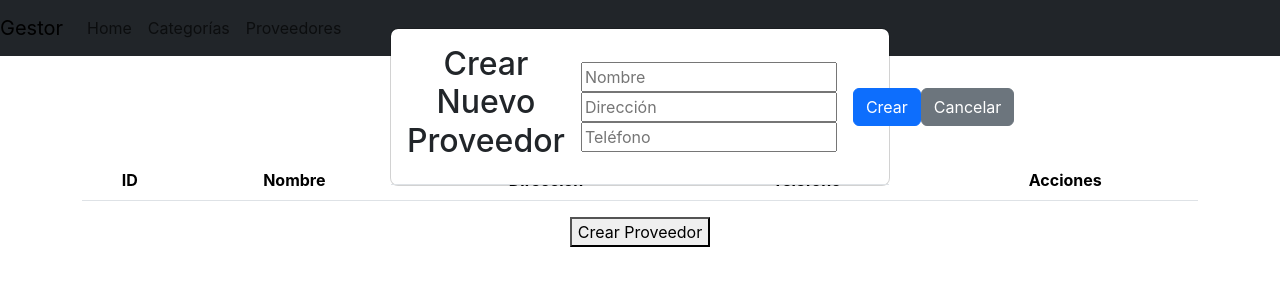
Repository: SantiagoGuaman/gestor-app
Page: /providers, after clicking the first element matching `button`
The author's editor kept a copy of each file at every save. The page is drawn from the files as they stood at one save, then again after a run of saves.
The browser window is 1280 px wide. The pictures show the whole page.
The page's requests for data from a server got no answer. The project was rebuilt for these pictures with package versions that can differ from the ones it lists, and the page was loaded fresh each time. No one was signed in, and anything a server would have sent is missing. Also part of the build but not shown: src/App.css, src/Categories/GetDataCategories.js, src/HomePage/HomePage.js.

Above is the page before, as saved 2024-02-14 11:34:40.

### public/index.html
<!DOCTYPE html>
<html lang="en">
  <head>
    <meta charset="utf-8" />
    <link rel="icon" href="%PUBLIC_URL%/favicon.ico" />
    <meta name="viewport" content="width=device-width, initial-scale=1" />
    <meta name="theme-color" content="#000000" />
    <meta
      name="description"
      content="Web site created using create-react-app"
    />
    <link rel="apple-touch-icon" href="%PUBLIC_URL%/logo192.png" />
    <!--
      manifest.json provides metadata used when your web app is installed on a
      user's mobile device or desktop. See https://developers.google.com/web/fundamentals/web-app-manifest/
    -->
    <link href="https://cdn.jsdelivr.net/npm/bootstrap@5.3.2/dist/css/bootstrap.min.css" rel="stylesheet" integrity="sha384-T3c6CoIi6uLrA9TneNEoa7RxnatzjcDSCmG1MXxSR1GAsXEV/Dwwykc2MPK8M2HN" crossorigin="anonymous">
    <link rel="manifest" href="%PUBLIC_URL%/manifest.json" />
    <!--
      Notice the use of %PUBLIC_URL% in the tags above.
      It will be replaced with the URL of the `public` folder during the build.
      Only files inside the `public` folder can be referenced from the HTML.

      Unlike "/favicon.ico" or "favicon.ico", "%PUBLIC_URL%/favicon.ico" will
      work correctly both with client-side routing and a non-root public URL.
      Learn how to configure a non-root public URL by running `npm run build`.
    -->
    <title>Gestor APP</title>
  </head>
  <body>
    <noscript>You need to enable JavaScript to run this app.</noscript>
    <div id="root"></div>
    <!--
      This HTML file is a template.
      If you open it directly in the browser, you will see an empty page.

      You can add webfonts, meta tags, or analytics to this file.
      The build step will place the bundled scripts into the <body> tag.

      To begin the development, run `npm start` or `yarn start`.
      To create a production bundle, use `npm run build` or `yarn build`.
    -->
  </body>
  <script src="https://cdn.jsdelivr.net/npm/bootstrap@5.3.2/dist/js/bootstrap.bundle.min.js" integrity="sha384-C6RzsynM9kWDrMNeT87bh95OGNyZPhcTNXj1NW7RuBCsyN/o0jlpcV8Qyq46cDfL" crossorigin="anonymous"></script>
</html>

### src/App.js
import { BrowserRouter, Route, Routes } from 'react-router-dom';
import './App.css';
import GetDataCategories from './Categories/GetDataCategories';
import NavBar from './NavBar/NavBar';
import GetDataProviders from './Proveedores/GetDataProviders';
import HomePage from './HomePage/HomePage';

function App() {
  return (
    <div>
      <BrowserRouter>
        <NavBar />
        <Routes>
          <Route exact path='/' element={<HomePage />} />
          <Route exact path='/categories' element={<GetDataCategories />} />
          <Route exact path='/providers' element={<GetDataProviders />} />
        </Routes>
      </BrowserRouter>
    </div>
  );
}

export default App;

### src/NavBar/NavBar.js
import React from 'react'
import { Link } from 'react-router-dom'

function NavBar() {
    return (
        <nav className="navbar navbar-expand-lg navbar-light bg-dark lg">
            <Link className="navbar-brand" to="/">Gestor</Link>
            <button className="navbar-toggler" type="button" data-toggle="collapse" data-target="#navbarNav" aria-controls="navbarNav" aria-expanded="false" aria-label="Toggle navigation">
                <span className="navbar-toggler-icon"></span>
            </button>
            <div className="collapse navbar-collapse" id="navbarNav">
                <ul className="navbar-nav">
                    <li className="nav-item active">
                        <Link className="nav-link" to="/">Home</Link>
                    </li>
                    <li className="nav-item">
                        <Link className="nav-link" to="/categories">Categorías</Link>
                    </li>
                    <li className="nav-item">
                        <Link className="nav-link" to="/providers">Proveedores</Link>
                    </li>
                </ul>
            </div>
        </nav>
    )
}

export default NavBar

### src/Proveedores/GetDataProviders.js
import React, { useEffect, useState } from 'react'

function GetDataProviders() {

    const endPoint = 'http://localhost:8080/api/proveedores';

    const [proveedores, setProveedores] = useState([]);
    const [newProveedor, setNewProveedor] = useState({
        nombre: '',
        direccion: '',
        telefono: ''
    });
    const [editProveedor, setEditProveedor] = useState({
        nombre: '',
        direccion: '',
        telefono: ''
    });
    const [isCreateModalOpen, setCreateModalOpen] = useState(false);

    const fetchData = async () => {
        try {
            const response = await fetch(endPoint);
            if (response.ok) {
                const data = await response.json();
                setProveedores(data);
            }
        } catch (error) {
            console.error("Error fetching data:", error);
        }
    };

    const handleCreate = async () => {
        try {
            const response = await fetch(endPoint, {
                method: 'POST',
                headers: {
                    'Content-Type': 'application/json',
                },
                body: JSON.stringify(newProveedor),
            });

            if (response.ok) {
                console.log('Proveedor creado exitosamente');
                fetchData();
                setNewProveedor({
                    nombre: '',
                    direccion: '',
                    telefono: ''
                });
                setCreateModalOpen(false);
            } else {
                console.error('Error al crear el Proveedor');
            }
        } catch (error) {
            console.error('Error al procesar la solicitud de creación:', error);
        }
    };

    const handleEdit = (proveedor) => {
        setEditProveedor(proveedor);
    };

    const handleUpdate = async () => {
        try {
            const response = await fetch(`${endPoint}/${editProveedor.id}`, {
                method: 'PUT',
                headers: {
                    'Content-Type': 'application/json',
                },
                body: JSON.stringify(editProveedor),
            });

            if (response.ok) {
                console.log('Proveedor actualizado exitosamente');
                fetchData();
                setEditProveedor({
                    id: null,
                    nombre: '',
                    direccion: '',
                    telefono: ''
                });
            } else {
                console.error('Error al actualizar el Proveedor');
            }
        } catch (error) {
            console.error('Error al procesar la solicitud de actualización:', error);
        }
    };

    const handleDelete = async (id) => {
        try {
            const response = await fetch(`${endPoint}/${id}`, {
                method: 'DELETE',
            });

            if (response.ok) {
                console.log('Proveedor eliminado exitosamente');
                fetchData();
            } else {
                console.error('Error al eliminar al Proveedor');
            }
        } catch (error) {
            console.error('Error al procesar la solicitud de eliminación:', error);
        }
    }


    useEffect(() => {
        fetchData();
    }, []);

    return (
        <div className='container text-center mt-5'>
            <h1>Lista de Proveedores</h1>
            <table className="table table-hover">
                <thead>
                    <tr>
                        <th>ID</th>
                        <th>Nombre</th>
                        <th>Dirección</th>
                        <th>Teléfono</th>
                        <th>Acciones</th>
                    </tr>
                </thead>
                <tbody>
                    {proveedores.map((proveedor) => (
                        <tr key={proveedor.id_proveedor}>
                            <td>{proveedor.id_proveedor}</td>
                            <td>{proveedor.nombre}</td>
                            <td>{proveedor.direccion}</td>
                            <td>{proveedor.telefono}</td>
                            <td>
                                <button className='btn btn-secondary' onClick={() => handleEdit(proveedor)}>Editar</button>
                                <button className='btn btn-danger' onClick={() => handleDelete(proveedor.id_proveedor)}>Eliminar</button>
                            </td>
                        </tr>
                    ))}
                </tbody>
            </table>
            <button onClick={() => setCreateModalOpen(true)}>Crear Proveedor</button>
            {isCreateModalOpen && (
                <div className="modal" tabIndex="-1" role="dialog" style={{ display: 'block' }}>
                    <div className="modal-dialog" role="document">
                        <div className="modal-content">
                            <div className="modal-header">
                                <h2>Crear Nuevo Proveedor</h2>
                                <div className="modal-body">
                                <input className='form-group'
                                    type="text"
                                    placeholder="Nombre"
                                    value={newProveedor.nombre}
                                    onChange={(e) => setNewProveedor({ ...newProveedor, nombre: e.target.value })}
                                />
                                <input
                                    type="text"
                                    placeholder="Dirección"
                                    value={newProveedor.direccion}
                                    onChange={(e) => setNewProveedor({ ...newProveedor, direccion: e.target.value })}
                                />
                                <input
                                    type="text"
                                    placeholder="Teléfono"
                                    value={newProveedor.telefono}
                                    onChange={(e) => setNewProveedor({ ...newProveedor, telefono: e.target.value })}
                                />
                                </div>
                                <button className='btn btn-primary' onClick={handleCreate}>Crear</button>
                                <button type="button" className="btn btn-secondary" onClick={() => setCreateModalOpen(false)}>Cancelar</button>
                            </div>

                        </div>
                    </div>
                </div>

            )}
            {editProveedor.id && (
                <div>
                    <h2>Editar Proveedor</h2>
                    <input
                        type="text"
                        value={editProveedor.nombre}
                        onChange={(e) => setEditProveedor({ ...editProveedor, nombre: e.target.value })}
                    />
                    <input
                        type="text"
                        value={editProveedor.direccion}
                        onChange={(e) => setEditProveedor({ ...editProveedor, direccion: e.target.value })}
                    />
                    <input
                        type="text"
                        value={editProveedor.telefono}
                        onChange={(e) => setEditProveedor({ ...editProveedor, telefono: e.target.value })}
                    />
                    <button className='btn btn-success' onClick={handleUpdate}>Guardar</button>
                </div>
            )}
        </div>
    );
}

export default GetDataProviders

Loaded but not shown: src/index.js (common file); src/index.css (common file); src/reportWebVitals.js (common file)

After the next 2 saves:
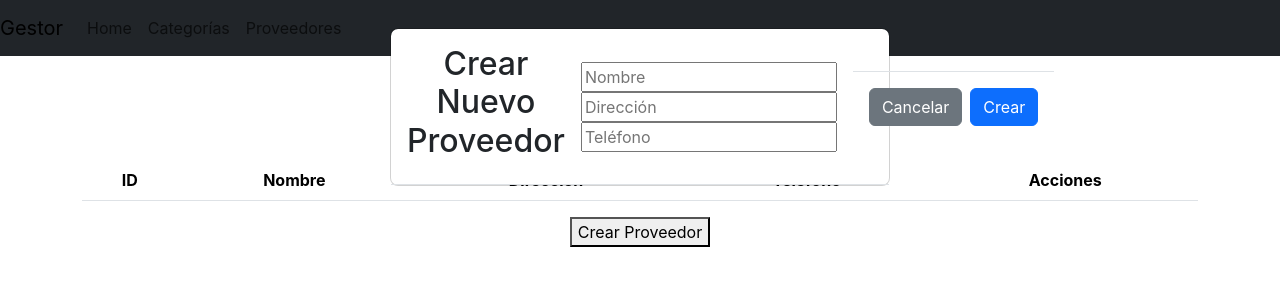
The 2 saves are shown as one change because they came seconds apart.
The last was saved 30 s later.
--- a/src/Proveedores/GetDataProviders.js
+++ b/src/Proveedores/GetDataProviders.js
@@ -145,27 +145,29 @@ function GetDataProviders() {
                             <div className="modal-header">
                                 <h2>Crear Nuevo Proveedor</h2>
                                 <div className="modal-body">
-                                <input className='form-group'
-                                    type="text"
-                                    placeholder="Nombre"
-                                    value={newProveedor.nombre}
-                                    onChange={(e) => setNewProveedor({ ...newProveedor, nombre: e.target.value })}
-                                />
-                                <input
-                                    type="text"
-                                    placeholder="Dirección"
-                                    value={newProveedor.direccion}
-                                    onChange={(e) => setNewProveedor({ ...newProveedor, direccion: e.target.value })}
-                                />
-                                <input
-                                    type="text"
-                                    placeholder="Teléfono"
-                                    value={newProveedor.telefono}
-                                    onChange={(e) => setNewProveedor({ ...newProveedor, telefono: e.target.value })}
-                                />
+                                    <input className='form-group'
+                                        type="text"
+                                        placeholder="Nombre"
+                                        value={newProveedor.nombre}
+                                        onChange={(e) => setNewProveedor({ ...newProveedor, nombre: e.target.value })}
+                                    />
+                                    <input
+                                        type="text"
+                                        placeholder="Dirección"
+                                        value={newProveedor.direccion}
+                                        onChange={(e) => setNewProveedor({ ...newProveedor, direccion: e.target.value })}
+                                    />
+                                    <input
+                                        type="text"
+                                        placeholder="Teléfono"
+                                        value={newProveedor.telefono}
+                                        onChange={(e) => setNewProveedor({ ...newProveedor, telefono: e.target.value })}
+                                    />
                                 </div>
-                                <button className='btn btn-primary' onClick={handleCreate}>Crear</button>
-                                <button type="button" className="btn btn-secondary" onClick={() => setCreateModalOpen(false)}>Cancelar</button>
+                                <div className="modal-footer">
+                                    <button type="button" className="btn btn-secondary" onClick={() => setCreateModalOpen(false)}>Cancelar</button>
+                                    <button type="button" className="btn btn-primary" onClick={handleCreate}>Crear</button>
+                                </div>
                             </div>
 
                         </div>
